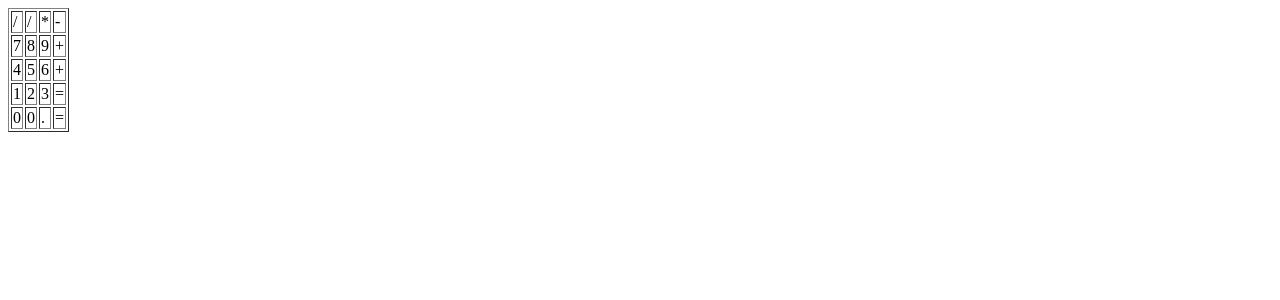
Repository: BaekJiGyeong/JSP
Page: http://localhost/AB_WebCalc/
The author's editor kept a copy of each file at every save. The page is drawn from the files as they stood at one save, then again after the next save.
The browser window is 1280 px wide. The pictures show the whole page.
The page is served by Tomcat 9.

Above is the page before, as saved 2016-02-02 01:51:32.

After the next save:
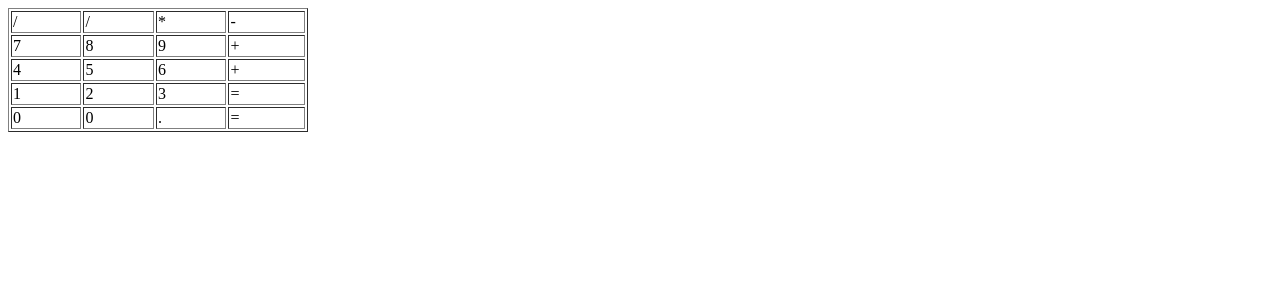
Saved 2 min 9 s later.
--- a/AB_WebCalc/WebContent/index.jsp
+++ b/AB_WebCalc/WebContent/index.jsp
@@ -7,7 +7,7 @@
 <title>Insert title here</title>
 </head>
 <body>
-	<table border ="1">
+	<table border ="1" width="300">
 		<tr>
 			<td>/</td>
 			<td>/</td>
